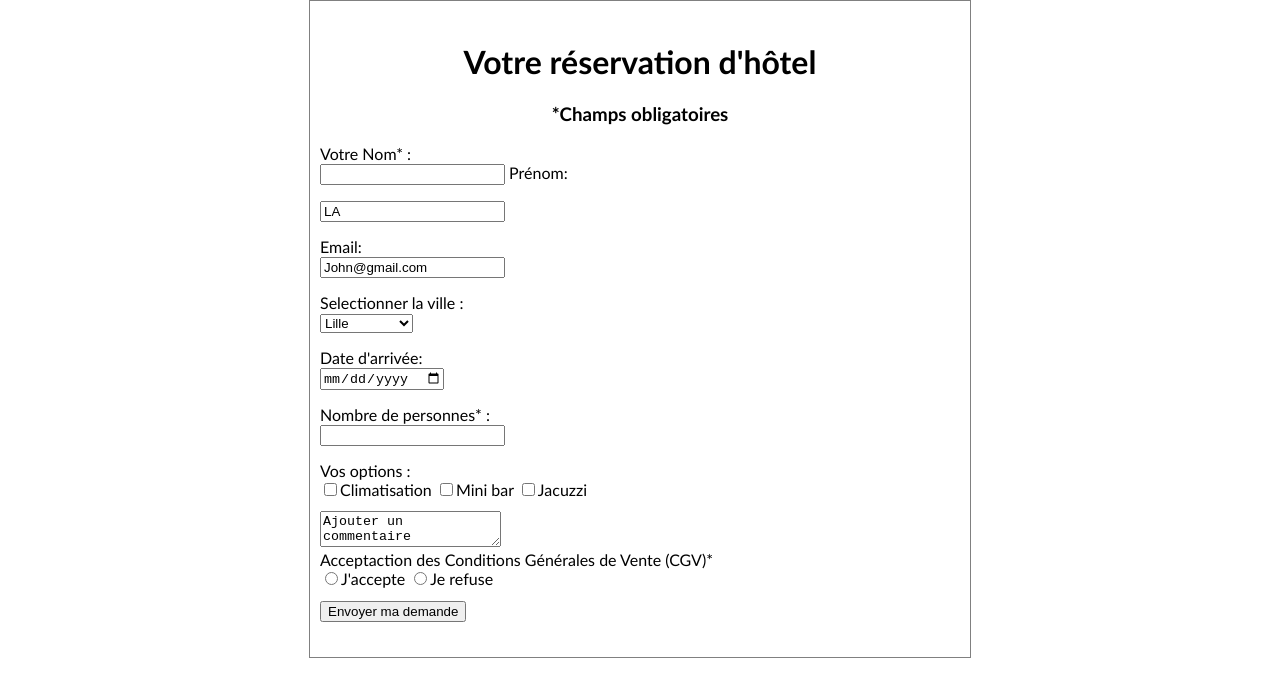
Repository: Coumba25040/coumbaProjet
Page: Env/index.html
The author's editor kept a copy of each file at every save. The page is drawn from the files as they stood at one save, then again after the next save.
The browser window is 1280 px wide. The pictures show the whole page.

Above is the page before, as saved 2024-10-15 07:26:20.

After the next save:
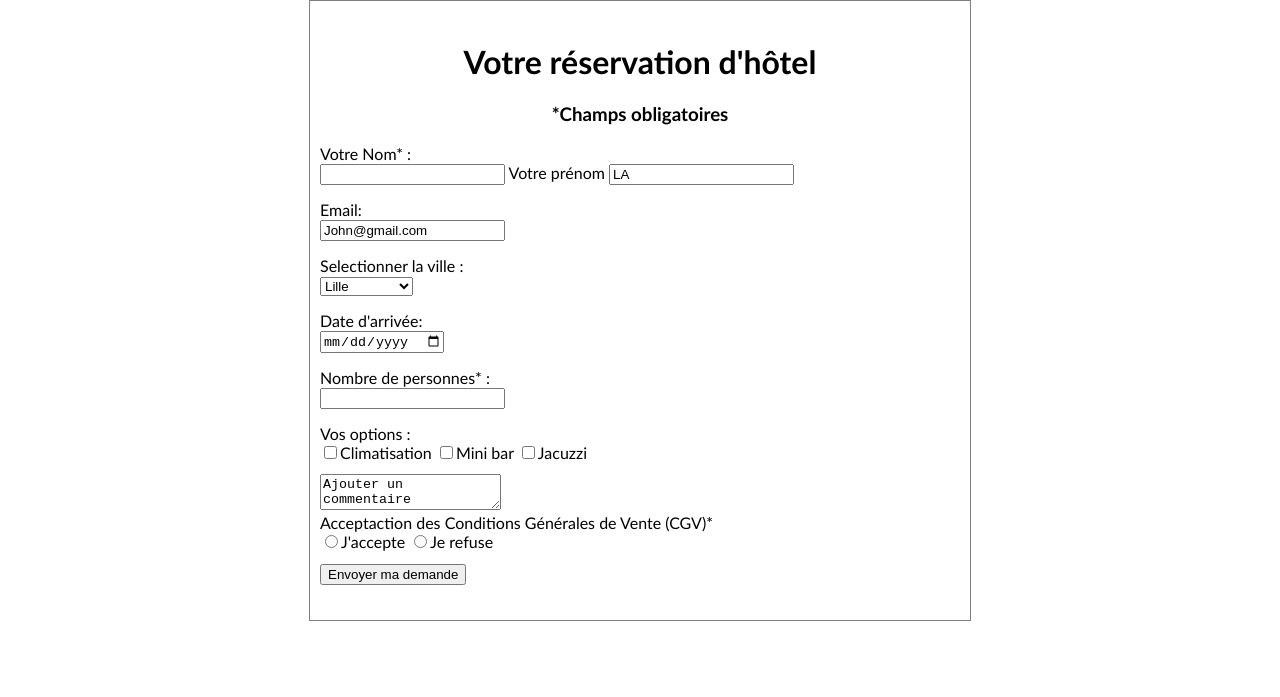
Saved 41 s later.
--- a/Env/index.html
+++ b/Env/index.html
@@ -40,7 +40,7 @@
         <label>Votre Nom* :</label><br>
 <input type="text">
 
-<label for="Nom">Prénom:<br>
+<label>Votre prénom</label>
     <input type="text" name="Prénom" value="LA"></label></br>
 
     <label for="Email">Email:<br>
